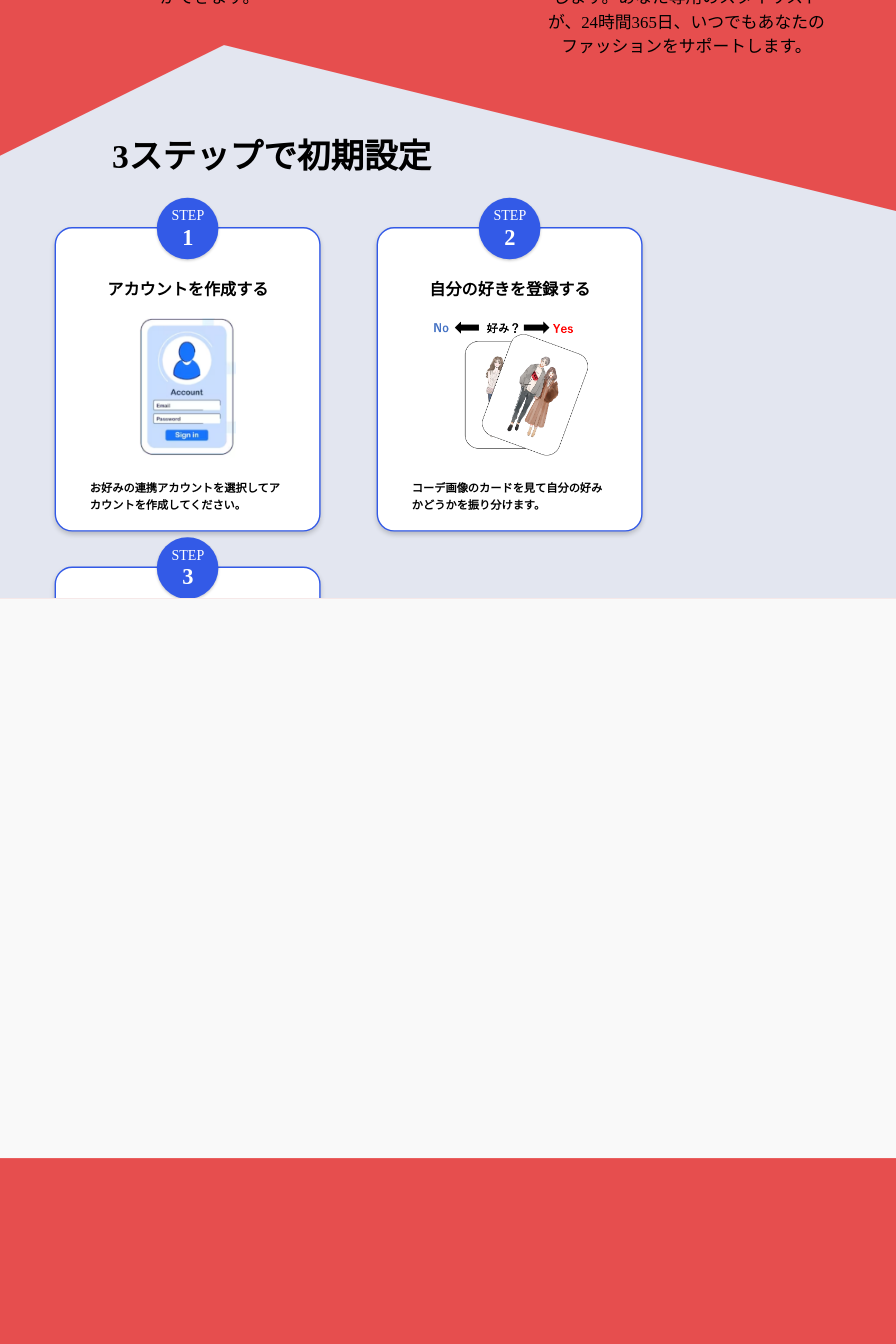
Repository: Yoshiki0418/yahoo.hack
Page: welcome.html
The author's editor kept a copy of each file at every save. The page is drawn from the files as they stood at one save, then again after the next save.
The browser window is 1280 px wide. The pictures show the part of the page from y = 3109 to 5029 px (the page is 5407 px tall), at 70% of full size.

Above is the page before, as saved 2024-02-09 23:54:57.

After the next save:
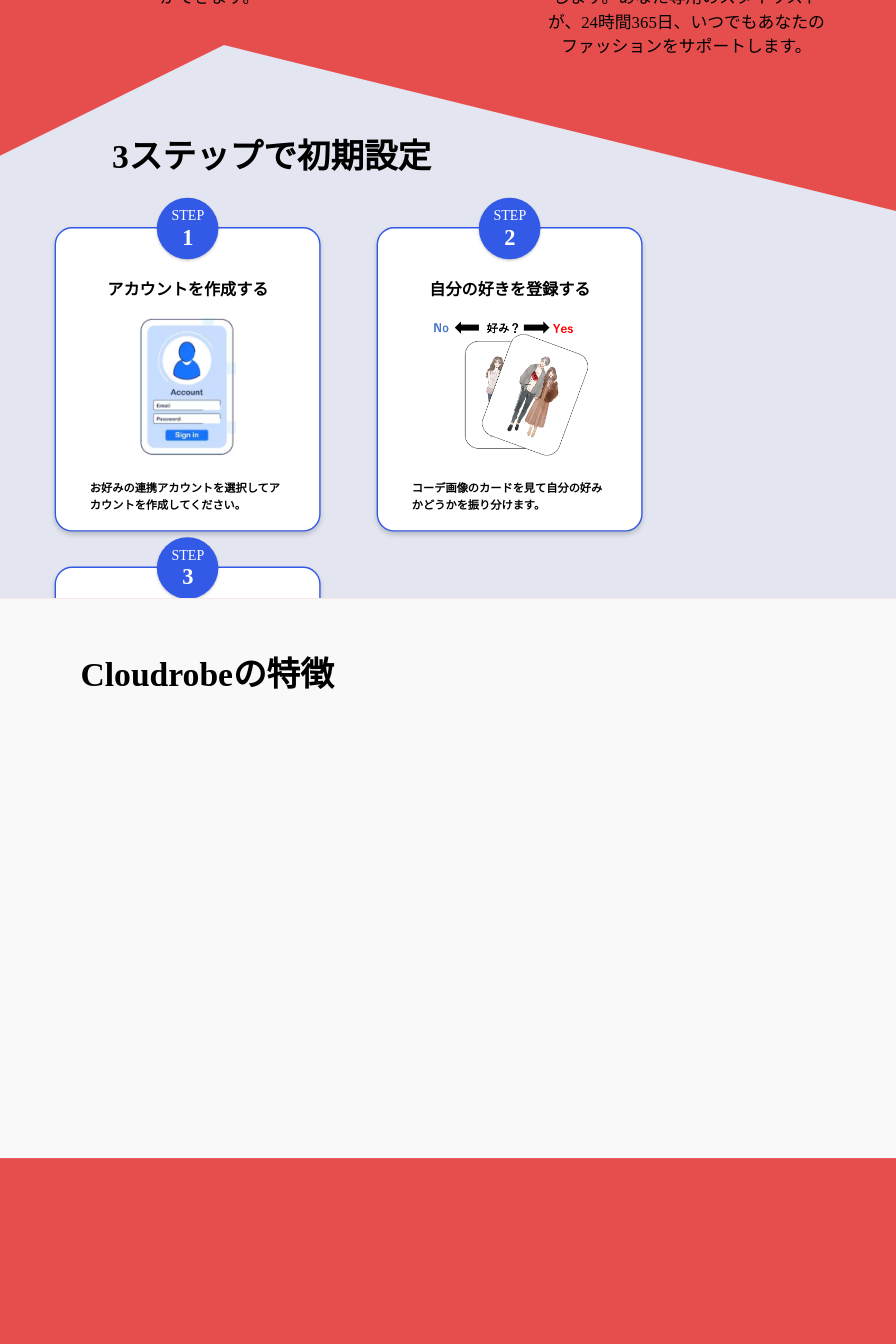
Saved 86 s later.
--- a/welcome.html
+++ b/welcome.html
@@ -113,6 +113,7 @@
                 </div>
             </div>
             <div class="article_section">
+                <h2>Cloudrobeの特徴</h2>
 
             </div>
 
